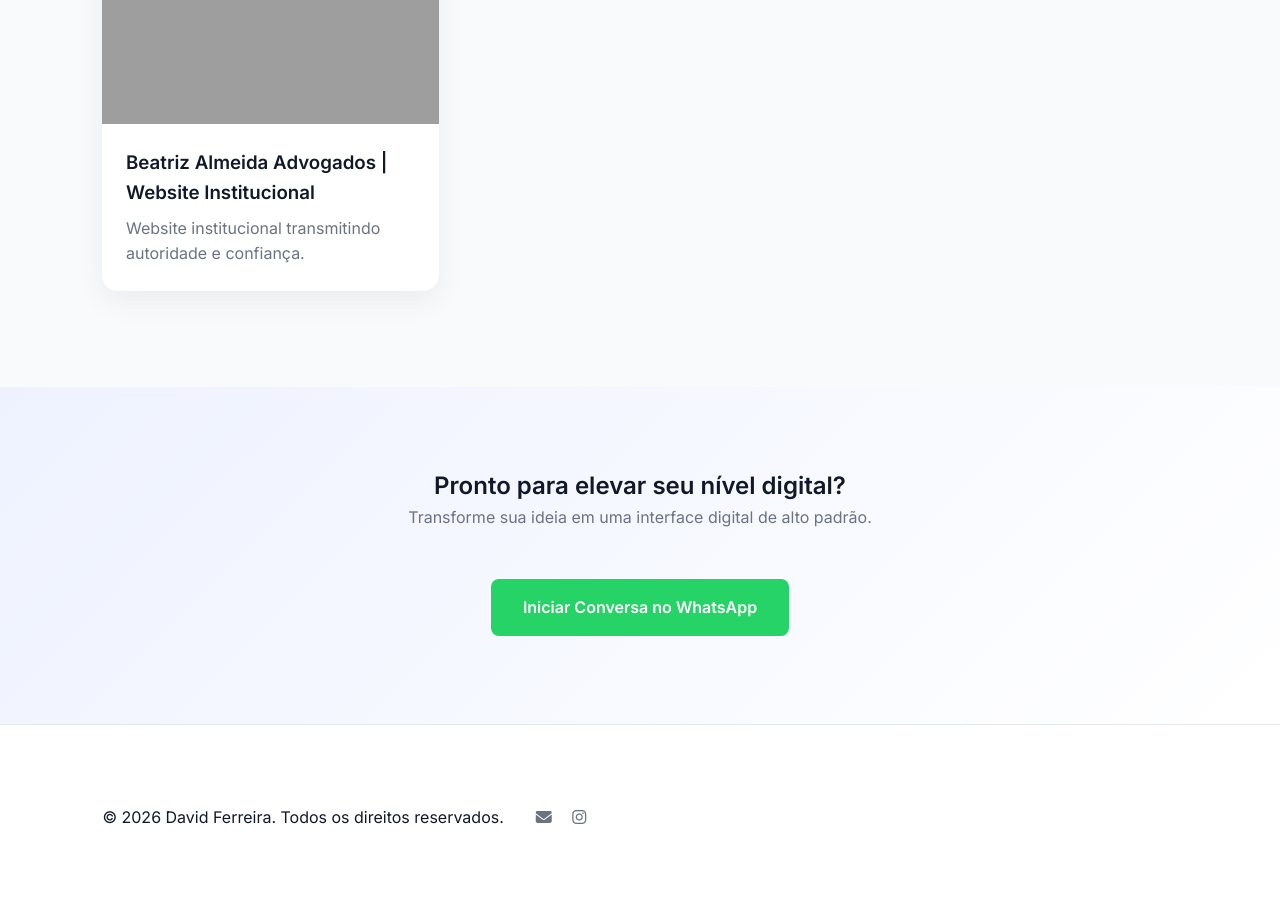
Repository: davidfsillva/David_Ferreira
Page: index.html
The author's editor kept a copy of each file at every save. The page is drawn from the files as they stood at one save, then again after a run of saves.
The browser window is 1280 px wide. The pictures show the part of the page from y = 1962 to 2914 px (the page is 2873 px tall before and 2914 px after).
Pictures or frames that could not be fetched are drawn as grey boxes.

Above is the page before, as saved 2026-02-11 12:41:25.
Console error: TypeError: Cannot read properties of null (reading 'addEventListener')

### index.html
<!DOCTYPE html>
<html lang="pt-BR">
<head>
    <meta charset="UTF-8">
    <meta name="viewport" content="width=device-width, initial-scale=1.0">

    <title>David Ferreira | Desenvolvedor Front-end & UI Designer Premium</title>

    <!-- SEO Primário -->
    <meta name="description" content="David Ferreira é desenvolvedor front-end especializado em interfaces premium, landing pages de alta conversão e experiências digitais modernas.">
    <meta name="keywords" content="Desenvolvedor Front-end, Web Designer, UI Designer, Landing Page, Desenvolvimento Web, Freelancer Brasil">
    <meta name="author" content="David Ferreira">
    <meta name="robots" content="index, follow">
    <link rel="canonical" href="https://seudominio.com/">

    <!-- Open Graph (Facebook, LinkedIn) -->
    <meta property="og:title" content="David Ferreira | Desenvolvedor Front-end Premium">
    <meta property="og:description" content="Interfaces digitais de alto padrão, focadas em performance e conversão.">
    <meta property="og:image" content="https://seudominio.com/preview.jpg">
    <meta property="og:url" content="https://seudominio.com/">
    <meta property="og:type" content="website">

    <!-- Twitter Card -->
    <meta name="twitter:card" content="summary_large_image">
    <meta name="twitter:title" content="David Ferreira | Web Developer">
    <meta name="twitter:description" content="Desenvolvimento web premium focado em performance e design moderno.">
    <meta name="twitter:image" content="https://seudominio.com/preview.jpg">

    <!-- Favicon -->
    <link rel="icon" href="favicon.ico" type="image/x-icon">

    <!-- Fonts -->
    <link href="https://fonts.googleapis.com/css2?family=Inter:wght@300;400;600&family=Plus+Jakarta+Sans:wght@700;800&display=swap" rel="stylesheet">

    <!-- Font Awesome -->
    <link rel="stylesheet" href="https://cdnjs.cloudflare.com/ajax/libs/font-awesome/6.5.0/css/all.min.css" integrity="sha512-..." crossorigin="anonymous" referrerpolicy="no-referrer" />


    <link rel="stylesheet" href="style.css">
</head>


<body>

    <!-- NAVBAR -->
    <nav class="navbar">
        <div class="logo"><a href="#">David | Web Developer<span>.</span></a></div>

        <ul class="nav-links">
            <li><a href="#about">Sobre</a></li>
            <li><a href="#portfolio">Projetos</a></li>
            <li><a href="#contact" class="btn-sm">Contato</a></li>
        </ul>
    </nav>

    <!-- HERO -->
    <section class="hero">
        <div class="hero-content">
            <h1>Transformando código em <span>experiências digitais de elite</span></h1>
            <p>Desenvolvedor Front-end especializado em interfaces de alto padrão e landing pages focadas em resultados.</p>
            <div class="hero-btns">
                <a href="#portfolio" class="btn-primary">Ver Projetos</a>
                <a href="#contact" class="btn-secondary">Vamos Conversar</a>
            </div>
        </div>
        <div class="hero-visual">
            <div class="hero-glow"></div>
        </div>
    </section>

    <!-- SOBRE -->
    <section id="about" class="section">
        <h2>Sobre Mim</h2>
        <p>Sou David Ferreira, desenvolvedor Front-end focado em criar websites modernos, funcionais e com interfaces premium. Trabalho com HTML, CSS, JavaScript e React, priorizando performance, design e experiência do usuário.</p>
        <p>Meu objetivo é ajudar empresas e profissionais a se destacarem no digital através de websites que transmitam confiança e gerem resultados reais.</p>
    </section>

    <!-- PORTFÓLIO -->
    <section id="portfolio" class="portfolio">
        <div class="section-header">
            <h2>Projetos Selecionados</h2>
            <p>Uma vitrine de soluções focadas em performance e design.</p>
        </div>
        <div class="portfolio-grid">
            <!-- Projeto 1 -->
            <a href="https://davidfsillva.github.io/Alex-Carter/" target="_blank" class="project-link">
                <div class="project-card">
                    <div class="card-image">
                        <img src="img/alex.png" alt="Projeto Alex Carter">
                        <div class="card-overlay"><span>Ver Detalhes</span></div>
                    </div>
                    <div class="card-info">
                        <h3>Alex Carter | Landing Page</h3>
                        <p>Website de personal branding para atleta profissional.</p>
                    </div>
                </div>
            </a>

            <!-- Projeto 2 -->
            <a href="https://davidfsillva.github.io/e-hammershark/" target="_blank" class="project-link">
                <div class="project-card">
                    <div class="card-image">
                        <img src="img/ecomerce.png" alt="Projeto Hammershark">
                        <div class="card-overlay"><span>Ver Detalhes</span></div>
                    </div>
                    <div class="card-info">
                        <h3>Hammershark | E-commerce</h3>
                        <p>E-commerce de moda fitness, focado em branding e experiência de compra.</p>
                    </div>
                </div>
            </a>

            <!-- Projeto 3 -->
            <a href="https://davidfsillva.github.io/landing-page/" target="_blank" class="project-link">
                <div class="project-card">
                    <div class="card-image">
                        <img src="img/landingpage.png" alt="Projeto Landing Page">
                        <div class="card-overlay"><span>Ver Detalhes</span></div>
                    </div>
                    <div class="card-info">
                        <h3>Lucas Andrade | Landing Page</h3>
                        <p>Landing page estratégica para geração de leads e conversão.</p>
                    </div>
                </div>
            </a>

            <!-- Projeto 4 -->
            <a href="https://davidfsillva.github.io/beatriz-almeida-adv/" target="_blank" class="project-link">
                <div class="project-card">
                    <div class="card-image">
                        <img src="img/adv.png" alt="Projeto Beatriz Almeida Advogados">
                        <div class="card-overlay"><span>Ver Detalhes</span></div>
                    </div>
                    <div class="card-info">
                        <h3>Beatriz Almeida Advogados | Website Institucional</h3>
                        <p>Website institucional transmitindo autoridade e confiança.</p>
                    </div>
                </div>
            </a>
        </div>
    </section>

    <!-- CTA / CONTATO -->
    <section id="contact" class="cta-section">
        <h2>Pronto para elevar seu nível digital?</h2>
        <p>Transforme sua ideia em uma interface digital de alto padrão.</p>
        <a href="https://wa.me/5511990242453" target="_blank" class="btn-whatsapp">Iniciar Conversa no WhatsApp</a>
    </section>

    <!-- FOOTER -->
    <footer>
        <div class="footer-content">
            <p>&copy; 2026 David Ferreira. Todos os direitos reservados.</p>
            <div class="social-links">
                <a href="mailto:davidfsillva@icloud.com" target="_blank" rel="noopener noreferrer"><i class="fa-solid fa-envelope"></i></a>

                <a href="https://www.instagram.com/david_websites?igsh=MWdmZWJ3MW80N3JsNQ==" target="_blank" rel="noopener noreferrer"><i class="fa-brands fa-instagram"></i></a>
            </div>
        </div>
    </footer>

    <script src="scripts.js"></script>
</body>
</html>
</html>

### style.css
:root {
  --primary: #6366f1;
  --primary-light: #818cf8;
  --accent: #a855f7;
  --text-dark: #111827;
  --text-light: #6b7280;
  --bg-light: #f9fafb;
  --white: #ffffff;
  --transition: all 0.3s ease;
}

/* RESET */
* {
  margin: 0;
  padding: 0;
  box-sizing: border-box;
}

html {
  scroll-behavior: smooth;   /* já tinha */
  scroll-padding-top: 70px; /* ajuste esse valor para altura da navbar */
}


body {
  font-family: 'Inter', sans-serif;
  background: var(--bg-light);
  color: var(--text-dark);
  line-height: 1.6;
  animation: fadePage 0.8s ease-in-out;
}

@keyframes fadePage {
  from { opacity: 0; transform: translateY(10px); }
  to { opacity: 1; transform: translateY(0); }
}

/* NAVBAR */
.navbar {
  position: fixed;
  width: 100%;
  top: 0;
  padding: 1.5rem 8%;
  display: flex;
  justify-content: space-between;
  align-items: center;
  background: rgba(255,255,255,0.85);
  backdrop-filter: blur(12px);
  box-shadow: 0 4px 20px rgba(0,0,0,0.05);
  z-index: 1000;
  transition: var(--transition);
}

.logo {
  font-family: 'Plus Jakarta Sans', sans-serif;
  font-weight: 800;
  font-size: 1.5rem;
}

.logo a {
  text-decoration: none;   /* remove o sublinhado */
  color: var(--text-dark); /* cor principal da logo */
  font-weight: 800;
  font-size: 1.5rem;
}

.logo a span {
  color: var(--primary);   /* deixa apenas o ponto colorido */
}


.logo span {
  color: var(--primary);
}

.nav-links {
  display: flex;
  list-style: none;
  gap: 2rem;
}

.nav-links a {
  text-decoration: none;
  color: var(--text-light);
  font-weight: 500;
  transition: var(--transition);
}

.nav-links a:hover {
  color: var(--primary);
  transform: translateY(-2px);
}

/* HERO */
.hero {
  min-height: 100vh;
  padding: 120px 8% 60px;
  display: flex;
  align-items: center;
  justify-content: space-between;
  background: linear-gradient(135deg, #eef2ff, #ffffff);
  flex-wrap: wrap;
}

.hero-content {
  max-width: 600px;
  animation: heroFade 1s ease 0.2s both;
}

@keyframes heroFade {
  from { opacity: 0; transform: translateY(40px); }
  to { opacity: 1; transform: translateY(0); }
}

.badge {
  display: inline-block;
  padding: 0.5rem 1rem;
  background: rgba(99,102,241,0.1);
  color: var(--primary);
  border-radius: 20px;
  font-size: 0.8rem;
  font-weight: 600;
  margin-bottom: 1.5rem;
}

.hero h1 {
  font-family: 'Plus Jakarta Sans', sans-serif;
  font-size: clamp(2rem, 5vw, 3.5rem);
  line-height: 1.2;
  margin-bottom: 1.5rem;
}

.hero h1 span {
  background: linear-gradient(90deg, var(--primary), var(--accent));
  -webkit-background-clip: text;
  -webkit-text-fill-color: transparent;
}

.hero p {
  font-size: 1.1rem;
  color: var(--text-light);
  margin-bottom: 2rem;
}

/* BUTTONS */
.btn-primary,
.btn-secondary,
.btn-whatsapp {
  display: inline-block;
  padding: 0.9rem 2rem;
  border-radius: 8px;
  text-decoration: none;
  font-weight: 600;
  transition: all 0.3s ease;
  position: relative;
  overflow: hidden;
}

.btn-primary {
  background: linear-gradient(90deg, var(--primary), var(--accent));
  color: white;
  box-shadow: 0 10px 25px rgba(99,102,241,0.3);
}

.btn-primary:hover {
  transform: translateY(-4px) scale(1.03);
}

.btn-primary:active {
  transform: scale(0.96);
}

.btn-primary::after {
  content: "";
  position: absolute;
  width: 200%;
  height: 200%;
  background: radial-gradient(circle, rgba(255,255,255,0.4), transparent 60%);
  top: -50%;
  left: -50%;
  opacity: 0;
  transition: opacity 0.4s ease;
}

.btn-primary:hover::after {
  opacity: 1;
}

.btn-secondary {
  border: 1px solid #e5e7eb;
  color: var(--text-dark);
  margin-left: 1rem;
}

.btn-secondary:hover {
  background: #f3f4f6;
  transform: translateY(-4px);
}

.btn-secondary:active {
  transform: scale(0.96);
}

.btn-whatsapp {
  background: #25d366;
  color: white;
}

.btn-whatsapp:hover {
  transform: translateY(-4px) scale(1.03);
}

.btn-whatsapp:active {
  transform: scale(0.96);
}

.hero-btns {
  display: flex;
  flex-wrap: wrap;
}

#about {
  text-align: center;
  max-width: 1200px; /* ocupa mais largura sem ficar exagerado */
  margin: 0 auto;
  padding: 6rem 8%;
  background: linear-gradient(135deg, #eef2ff 0%, #ffffff 100%); /* combina com hero */
  border-radius: 20px; /* bordas suaves */
  box-shadow: 0 15px 40px rgba(99,102,241,0.15); /* sombra leve e elegante */
  position: relative;
  overflow: hidden;
}

#about::before {
  content: "";
  position: absolute;
  width: 200px;
  height: 200px;
  background: radial-gradient(circle, rgba(163,155,253,0.2), transparent 70%);
  top: -50px;
  right: -50px;
  border-radius: 50%;
  z-index: 0;
  animation: pulseGlow 6s infinite ease-in-out;
}

#about h2 {
  font-family: 'Plus Jakarta Sans', sans-serif;
  font-size: clamp(2rem, 4vw, 2.5rem);
  margin-bottom: 2rem;
  position: relative;
  z-index: 1;
  background: linear-gradient(90deg, var(--primary), var(--accent));
  -webkit-background-clip: text;
  -webkit-text-fill-color: transparent;
}

#about p {
  font-size: 1.05rem;
  line-height: 1.9;
  color: var(--text-dark);
  margin-bottom: 1.8rem;
  position: relative;
  z-index: 1;
  opacity: 0;
  transform: translateY(20px);
  animation: fadeUp 1s forwards;
  animation-delay: 0.3s;
}

/* Animação suave */
@keyframes fadeUp {
  to {
    opacity: 1;
    transform: translateY(0);
  }
}



/* HERO VISUAL */
.hero-visual {
  flex: 1;
  min-height: 400px;
  display: flex;
  justify-content: center;
  align-items: center;
}

.hero-glow {
  width: 350px;
  height: 350px;
  background: radial-gradient(circle, rgba(99,102,241,0.4), transparent 70%);
  border-radius: 50%;
  filter: blur(60px);
  animation: pulseGlow 4s infinite ease-in-out;
}

@keyframes pulseGlow {
  0% { transform: scale(1); opacity: 0.7; }
  50% { transform: scale(1.1); opacity: 1; }
  100% { transform: scale(1); opacity: 0.7; }
}

/* PORTFOLIO */
.portfolio {
  padding: 6rem 8%;
}

.section-header {
  text-align: center;
  margin-bottom: 4rem;
}

.section-header h2 {
  font-family: 'Plus Jakarta Sans', sans-serif;
  font-size: 2.2rem;
  margin-bottom: 1rem;
  color: var(--primary)
}

.section-header p {
  color: var(--text-light);
}

.portfolio-grid {
  display: grid;
  grid-template-columns: repeat(auto-fit, minmax(280px, 1fr));
  gap: 2rem;
}

.project-card {
  background: var(--white);
  border-radius: 16px;
  overflow: hidden;
  box-shadow: 0 10px 30px rgba(0,0,0,0.06);
  cursor: pointer;
  transition: transform 0.4s ease, box-shadow 0.4s ease;
  will-change: transform;
}

.project-card:hover {
  transform: translateY(-12px) scale(1.03);
  box-shadow: 0 25px 50px rgba(99,102,241,0.2);
}

.card-image {
  position: relative;
  overflow: hidden;
}

.card-image img {
  width: 100%;
  height: 220px;
  object-fit: cover;
  display: block;
  transition: transform 0.6s ease;
}

.project-card:hover .card-image img {
  transform: scale(1.08);
}

.card-overlay {
  position: absolute;
  inset: 0;
  background: rgba(99,102,241,0.8);
  display: flex;
  justify-content: center;
  align-items: center;
  color: white;
  font-weight: 600;
  opacity: 0;
  transition: opacity 0.4s ease;
}

.project-card:hover .card-overlay {
  opacity: 1;
}

.card-info {
  padding: 1.5rem;
}

.card-info h3 {
  margin-bottom: 0.5rem;
}

.card-info p {
  color: var(--text-light);
}

.project-link {
  text-decoration: none;
  color: inherit;
  display: block;
}


/* CTA */
.cta-section {
  padding: 5rem 8%;
  text-align: center;
  background: linear-gradient(135deg, #eef2ff, #ffffff);
}

/* FOOTER */
footer {
  padding: 5rem 8%;
  background: var(--white);
  border-top: 1px solid #e5e7eb;
  text-align: center; /* centraliza texto */

}

.footer-content {
  display: flex;
  justify-content: spa;
  flex-wrap: wrap;
  gap: 1rem;
}

.social-links a {
  text-decoration: none;
  margin-left: 1rem;
  color: var(--text-light);
  transition: var(--transition);
}

.social-links a:hover {
  color: var(--primary);
  transform: translateY(-2px);
}

.cta-section p {
  color: var(--text-light);
  margin-bottom: 2.5rem; /* aumenta espaço abaixo do texto */
}

.btn-whatsapp {
  display: inline-block;
  background: #25d366;
  color: white;
  padding: 1rem 2rem;
  border-radius: 8px;
  text-decoration: none;
  font-weight: 600;
  transition: var(--transition);
  margin-top: 0.5rem; /* pequeno respiro extra */
}


/* MODAL */
.modal-overlay {
  position: fixed;
  inset: 0;
  background: rgba(0,0,0,0.6);
  display: none;
  justify-content: center;
  align-items: center;
  padding: 2rem;
  z-index: 2000;
}

.modal-content {
  background: white;
  width: 100%;
  max-width: 900px;
  border-radius: 20px;
  overflow: hidden;
  animation: modalZoom 0.4s cubic-bezier(.23,1,.32,1);
  position: relative;
}

@keyframes modalZoom {
  from { opacity: 0; transform: scale(0.85) translateY(20px); }
  to { opacity: 1; transform: scale(1) translateY(0); }
}

.modal-body {
  display: grid;
  grid-template-columns: 1fr 1fr;
}

.modal-img {
  min-height: 300px;
  background-size: cover !important;
}

.modal-text {
  padding: 2rem;
}

.close-modal {
  position: absolute;
  top: 20px;
  right: 25px;
  background: none;
  border: none;
  font-size: 2rem;
  cursor: pointer;
  transition: transform 0.3s ease;
}

.close-modal:hover {
  transform: rotate(90deg);
}

/* RESPONSIVO */
@media (max-width: 900px) {
  .hero {
    flex-direction: column;
    text-align: center;
  }

  .hero-visual {
    margin-top: 3rem;
  }

  .modal-body {
    grid-template-columns: 1fr;
  }
}

@media (max-width: 600px) {
  .navbar {
    padding: 1rem 5%;
  }

  .nav-links {
    display: none;
  }

  .hero {
    padding: 100px 5% 60px;
  }

  .portfolio {
    padding: 4rem 5%;
  }

  .cta-section {
    padding: 4rem 5%;
  }

  footer {
    padding: 2rem 5%;
  }

  .footer-content {
    flex-direction: column;
    text-align: center;
  }

  .social-links a {
    margin: 0 0.5rem;
  }
}

### scripts.js
// =============================
// NAVBAR SCROLL EFFECT
// =============================
const navbar = document.querySelector(".navbar");

window.addEventListener("scroll", () => {
  if (window.scrollY > 50) {
    navbar.style.padding = "1rem 8%";
    navbar.style.boxShadow = "0 8px 25px rgba(0,0,0,0.08)";
  } else {
    navbar.style.padding = "1.5rem 8%";
    navbar.style.boxShadow = "0 4px 20px rgba(0,0,0,0.05)";
  }
});

// =============================
// MODAL FUNCTIONALITY
// =============================
const modal = document.querySelector(".modal-overlay");
const modalImg = document.querySelector(".modal-img");
const modalTitle = document.querySelector(".modal-text h3");
const modalDesc = document.querySelector(".modal-text p");
const closeModal = document.querySelector(".close-modal");

const projectCards = document.querySelectorAll(".project-card");

projectCards.forEach(card => {
  card.addEventListener("click", () => {
    const title = card.querySelector("h3").innerText;
    const desc = card.querySelector("p").innerText;
    const img = card.querySelector("img").src;

    modalTitle.innerText = title;
    modalDesc.innerText = desc;
    modalImg.style.backgroundImage = `url(${img})`;

    modal.style.display = "flex";
    document.body.style.overflow = "hidden";
  });
});

// Fechar modal
closeModal.addEventListener("click", () => {
  modal.style.display = "none";
  document.body.style.overflow = "auto";
});

// Fechar clicando fora
modal.addEventListener("click", (e) => {
  if (e.target === modal) {
    modal.style.display = "none";
    document.body.style.overflow = "auto";
  }
});

// Fechar com ESC
document.addEventListener("keydown", (e) => {
  if (e.key === "Escape") {
    modal.style.display = "none";
    document.body.style.overflow = "auto";
  }
});

// =============================
// SCROLL REVEAL ANIMATION
// =============================
const revealElements = document.querySelectorAll(
  ".hero-content, .project-card, .section-header, .cta-section"
);

const observer = new IntersectionObserver(
  (entries) => {
    entries.forEach(entry => {
      if (entry.isIntersecting) {
        entry.target.style.opacity = "1";
        entry.target.style.transform = "translateY(0)";
      }
    });
  },
  { threshold: 0.2 }
);

revealElements.forEach(el => {
  el.style.opacity = "0";
  el.style.transform = "translateY(40px)";
  el.style.transition = "all 0.8s ease";
  observer.observe(el);
});

// =============================
// BUTTON MICRO INTERACTION
// =============================
const buttons = document.querySelectorAll(".btn-primary, .btn-secondary, .btn-whatsapp");

buttons.forEach(btn => {
  btn.addEventListener("mouseenter", () => {
    btn.style.transform = "scale(1.05)";
  });

  btn.addEventListener("mouseleave", () => {
    btn.style.transform = "scale(1)";
  });
});

After the next 2 saves:
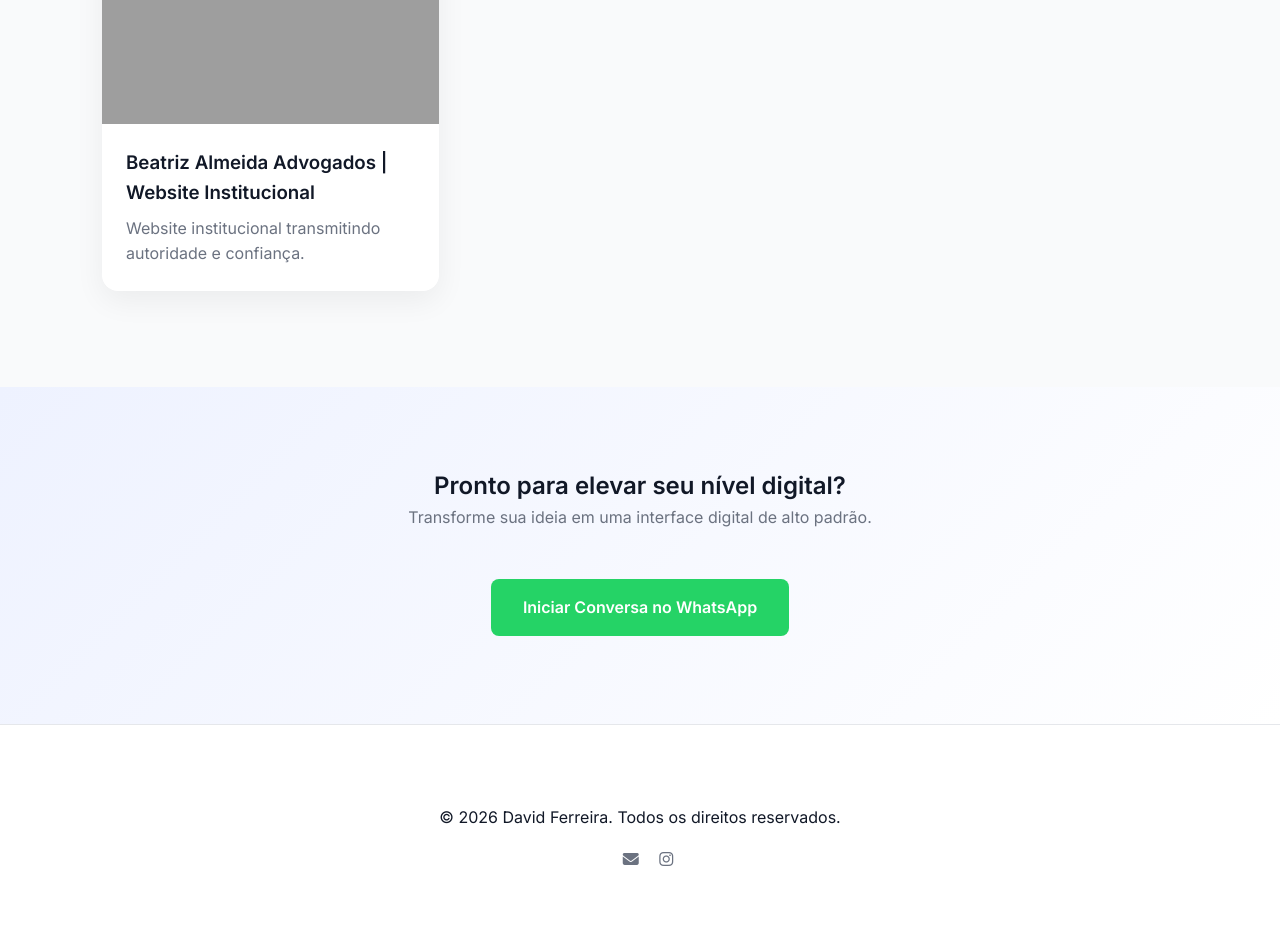
The 2 saves are shown as one change because they came seconds apart.
The last was saved 14 s later.
--- a/style.css
+++ b/style.css
@@ -415,9 +415,9 @@ footer {
 
 .footer-content {
   display: flex;
-  justify-content: spa;
-  flex-wrap: wrap;
-  gap: 1rem;
+  flex-direction: column; /*empilha elementos verticalmente */
+  align-items: center;    /* centraliza horizontalmente */
+  gap: 1rem;              /* espaçamento entre elementos */
 }
 
 .social-links a {
